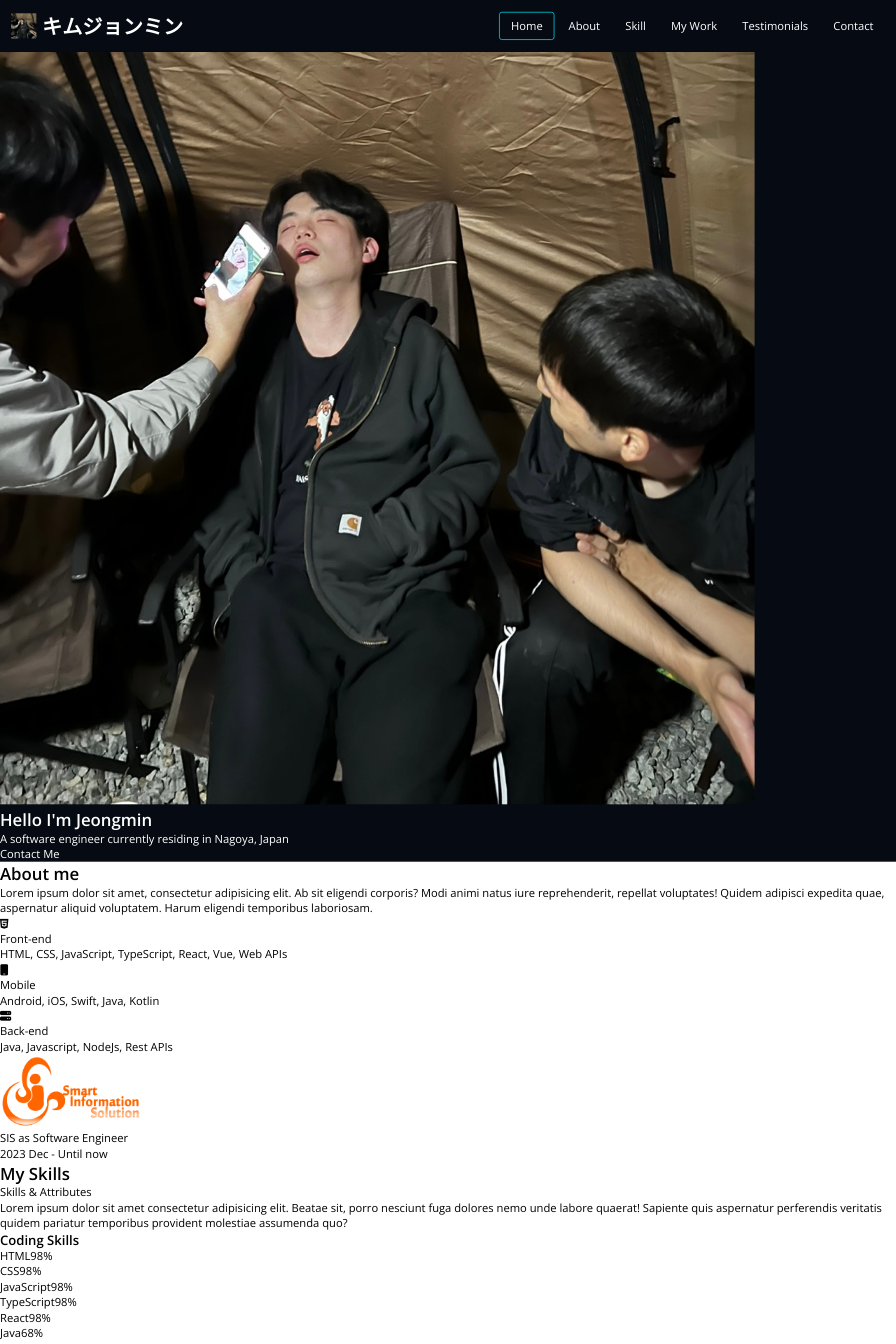
Repository: N1C0N1C0/Portfolio
Page: index.html
These files come from the project's save history. The page is drawn as it stood at one moment and after a run of saves; the edit follows.
The browser window is 1280 px wide. The pictures show the part of the page from y = 0 to 1920 px (the page is 5865 px tall before and 6025 px after), at 70% of full size.
Some web libraries are served in a nearby version.

Above is the page before, as saved 2023-12-16 18:32:20.

### index.html
<!DOCTYPE html>
<html lang="jp">
<head>
    <meta charset="UTF-8">
    <meta name="viewport" content="width=device-width, initial-scale=1.0">
    <!-- SEO -->
    <title>My&#39s Portfolio</title>
    <meta
        name="description"
        content="Portfolio for job change"
    />
    <meta
        name="author" content="KimJeongmin"
    />
    <link rel="shortcut icon" href="images/favicon.ico" type="image/x-icon">
    <!-- OG(OPEN Graph Data) -->
    <meta property="og:title" content="Portfolio"/>
    <meta property="og:type" content="website"/>
    <meta property="og:url" content="URL generated after deployment"/>
    <meta property="og:image" content="Image URL created after deployment"/>
    <!-- Google Fonts -->
    <link rel="preconnect" href="https://fonts.googleapis.com">
    <link rel="preconnect" href="https://fonts.gstatic.com" crossorigin>
    <link href="https://fonts.googleapis.com/css2?family=Noto+Sans+JP:wght@300;400;500&family=Open+Sans:wght@400;600&display=swap" rel="stylesheet">
    <!-- Font Awesome -->
    <script src="https://kit.fontawesome.com/04742e9fab.js" crossorigin="anonymous"></script>
    <!-- CSS -->
    <link rel="stylesheet" href="css/style.css">
    <!-- Javascript -->
    <script src="src/main.js" defer></script>
</head>
<body>
    <!-- Header -->
    <header class="header">
        <div class="header__logo">
            <img class="header__logo__img" src="images/favicon.ico" alt="logo" />
            <h1 class="header__logo__title"><a href="#">キムジョンミン</a></h1>
        </div>
        <nav>
            <ul class="header__menu">
                <li><a class="header__menu__item active" href="#home">Home</a></li>
                <li><a class="header__menu__item" href="#about">About</a></li>
                <li><a class="header__menu__item" href="#skills">Skill</a></li>
                <li><a class="header__menu__item" href="#work">My Work</a></li>
                <li><a class="header__menu__item" href="#testimonials">Testimonials</a></li>
                <li><a class="header__menu__item" href="#contact">Contact</a></li>
            </ul>
        </nav>
    </header>
    <!-- Main -->
    <main>
        <!-- Home -->
        <section id="home">
            <img class="home__avatar" src="images/profile.JPG" alt="profile">
            <h2 class="home__title">Hello I&#39;m Jeongmin</h2>
            <p class="home__description">A software engineer currently residing in Nagoya, Japan</p>
            <a class="home__contact" href="#contact">Contact Me</a>
        </section>
        <!-- About -->
        <section id="about">
            <h2>About me</h2>
            <p>
                Lorem ipsum dolor sit amet, consectetur adipisicing elit. Ab sit eligendi corporis? Modi animi natus iure reprehenderit, repellat voluptates! Quidem adipisci expedita quae, aspernatur aliquid voluptatem. Harum eligendi temporibus laboriosam.
            </p>
            <ul>
                <li>
                    <i class="fa-brands fa-html5"></i>
                    <p>Front-end</p>
                    <p>HTML, CSS, JavaScript, TypeScript, React, Vue, Web APIs</p>
                </li>
                <li>
                    <i class="fa-solid fa-mobile"></i>
                    <p>Mobile</p>
                    <p>Android, iOS, Swift, Java, Kotlin</p>
                </li>
                <li>
                    <i class="fa-solid fa-server"></i>
                    <p>Back-end</p>
                    <p>Java, Javascript, NodeJs, Rest APIs</p>
                </li>
            </ul>
            <ul>
                <li>
                    <img src="images/sis_image.png" alt="株式 SIS">
                    <div>
                        <p>SIS as Software Engineer</p>
                        <p>2023 Dec - Until now</p>
                    </div>
                </li>
            </ul>
        </section>
        <!-- Skills -->
        <section id="skills">
            <h2>My Skills</h2>
            <p>Skills & Attributes</p>
            <p>
                Lorem ipsum dolor sit amet consectetur adipisicing elit. Beatae sit, porro nesciunt fuga dolores nemo unde labore quaerat! Sapiente quis aspernatur perferendis veritatis quidem     pariatur temporibus provident molestiae assumenda quo?
            </p>
            <div>
                <section>
                    <h3>Coding Skills</h3>
                    <ul>
                        <li>
                            <div><span>HTML</span><span>98%</span></div>
                            <div><div style="width: 98%"></div></div>
                        </li>
                        <li>
                            <div><span>CSS</span><span>98%</span></div>
                            <div><div style="width: 98%"></div></div>
                        </li>
                        <li>
                            <div><span>JavaScript</span><span>98%</span></div>
                            <div><div style="width: 98%"></div></div>
                        </li>
                        <li>
                            <div><span>TypeScript</span><span>98%</span></div>
                            <div><div style="width: 98%"></div></div>
                        </li>
                        <li>
                            <div><span>React</span><span>98%</span></div>
                            <div><div style="width: 98%"></div></div>
                        </li>
                        <li>
                            <div><span>Java</span><span>68%</span></div>
                            <div><div style="width: 68%"></div></div>
                        </li>
                    </ul>
                </section>
                <section>
                    <h3>Tools</h3>
                    <ul>
                        <li>Visual Studio Code</li>
                        <li>IntelliJ</li>
                        <li>Eclipse</li>
                        <li>SpringToolSuite4</li>
                    </ul>
                </section>
                <section>
                    <h3>Etc</h3>
                    <ul>
                        <li>Git</li>
                        <li>Post Man</li>
                        <li>Math</li>
                    </ul>
                </section>
            </div>
        </section>
        <!-- Work -->
        <section id="work">
            <h2>My work</h2>
            <p>Projects</p>
            <ul>
                <li><button>All <span>8</span></button></li>
                <li><button>Front-end <span>3</span></button></li>
                <li><button>back-end <span>3</span></button></li>
                <li><button>Mobile <span>2</span></button></li>
            </ul>
            <ul>
                <li><a href="#" target="_blank">
                    <img src="images/ncs_image.gif" alt="profile1">
                    <div>
                        <h3>Project #1</h3>
                        <p>Clone Coding with HTML, CSS</p>
                    </div>
                </a></li>
                <li><a href="#" target="_blank">
                    <img src="images/ncs_image.gif" alt="profile2">
                    <div>
                        <h3>Project #2</h3>
                        <p>Clone Coding with HTML, CSS</p>
                    </div>
                </a></li>
                <li><a href="#" target="_blank">
                    <img src="images/ncs_image.gif" alt="profile3">
                    <div>
                        <h3>Project #3</h3>
                        <p>Clone Coding with HTML, CSS</p>
                    </div>
                </a></li>
                <li><a href="#" target="_blank">
                    <img src="images/ncs_image.gif" alt="profile4">
                    <div>
                        <h3>Project #4</h3>
                        <p>Clone Coding with HTML, CSS</p>
                    </div>
                </a></li>
                <li><a href="#" target="_blank">
                    <img src="images/ncs_image.gif" alt="profile5">
                    <div>
                        <h3>Project #5</h3>
                        <p>Clone Coding with HTML, CSS</p>
                    </div>
                </a></li>
                <li><a href="#" target="_blank">
                    <img src="images/ncs_image.gif" alt="profile6">
                    <div>
                        <h3>Project #6</h3>
                        <p>Clone Coding with HTML, CSS</p>
                    </div>
                </a></li>
                <li><a href="#" target="_blank">
                    <img src="images/ncs_image.gif" alt="profile7">
                    <div>
                        <h3>Project #7</h3>
                        <p>Clone Coding with HTML, CSS</p>
                    </div>
                </a></li>
                <li><a href="#" target="_blank">
                    <img src="images/ncs_image.gif" alt="profile8">
                    <div>
                        <h3>Project #8</h3>
                        <p>Clone Coding with HTML, CSS</p>
                    </div>
                </a></li>
            </ul>
        </section>
        <!-- Testimonials -->
        <section id="testimonials">
            <h2>Testimonial</h2>
            <p>See what they say about me</p>
            <ul>
                <li>
                    <img src="images/favicon.ico" alt="">
                    <div>
                        <p>Lorem ipsum dolor sit amet, consectetur adipisicing elit. Nesciunt modi iusto veniam commodi reiciendis ullam optio, delectus cum pariatur ea magnam accusamus dolor sequi praesentium aliquid laudantium non quae eligendi.</p>
                        <p><a href="#">James Kim</a> / Google</p>
                    </div>
                </li>
                <li>
                    <img src="images/favicon.ico" alt="">
                    <div>
                        <p>Lorem ipsum dolor sit amet, consectetur adipisicing elit. Nesciunt modi iusto veniam commodi reiciendis ullam optio, delectus cum pariatur ea magnam accusamus dolor sequi praesentium aliquid laudantium non quae eligendi.</p>
                        <p><a href="#">James Kim</a> / Google</p>
                    </div>
                </li>
                <li>
                    <img src="images/favicon.ico" alt="">
                    <div>
                        <p>Lorem ipsum dolor sit amet, consectetur adipisicing elit. Nesciunt modi iusto veniam commodi reiciendis ullam optio, delectus cum pariatur ea magnam accusamus dolor sequi praesentium aliquid laudantium non quae eligendi.</p>
                        <p><a href="#">James Kim</a> / Google</p>
                    </div>
                </li>
            </ul>
        </section>
        <!-- Arrow up -->
        <aside>
            <a href="#home" title="back to top">
                <i class="fa-solid fa-arrow-up"></i>
            </a>
        </aside>
    </main>
    <!-- Footer -->
    <footer id="contact">
        <h2>Let&#39;s talk</h2>
        <p>dothd8775@gmail.com</p>
        <ul>
            <li>
                <a href="https//github.com/" target="_blank" title="my github link">
                    <i class="fa-brands fa-github"></i>
                </a>
            </li>
            <li>
                <a href="https//github.com/" target="_blank" title="my kinkedin link">
                    <i class="fa-brands fa-linkedin"></i>
                </a>
            </li>
        </ul>
        <p>©️kimujeongmin</p>
    </footer>
</body>
</html>

### css/style.css
/* Global */
:root {
    /* App Colors */
    --color-primary: var(--color-black);
    --color-primary-variant: var(--color-gray);
    --color-accent: var(--color-blue);
    --color-accent-variant: var(--color-orange);
    --color-text: var(--color-white);

    /* Colors */
    --color-white : #ffffff;
    --color-black : #050a13;
    --color-blue : #03e8f9;
    --color-orange : #fd6413;
    --color-gray : #1b1e26;
}

* {
    box-sizing: border-box;
}

body {
    font-family: 'Open Sans', sans-serif;
    margin: 0;
}

h1, h2, h3, p, ul {
    margin: 0;
}

ul {
    list-style: none;
    padding: 0;
}

a {
    text-decoration: none;
    color: var(--color-text);
}

button {
    background-color: transparent;
    outline: 0;
    border: 0;
}

button:focus {
    outline: 1px solid var(--color-accent);
}

/* Header */
.header {
    background-color: var(--color-black);
    position: fixed;
    top: 0;
    width: 100%;
    padding: 1rem;
    display: flex;
    justify-content: space-between;
    align-items: center;
}

.header__logo {
    display: flex;
    align-items: center;
    gap: 8px;
}

.header__logo__img {
    width: 36px;
    height: 36px;
}

.header__logo__title {
    font-size: 1.8rem;
}

.header__menu {
    display: flex;
    gap: 4px;
}

.header__menu__item {
    padding: 8px 16px;
}

.header__menu__item:hover {
    border-bottom: 1px solid var(--color-accent);
}

.header__menu__item.active {
    border: 1px solid var(--color-accent);
    border-radius: 4px;
}

/* Home */
#home {
    background-color: var(--color-primary);
    color: var(--color-text);
}

Loaded but not shown: src/main.js (no copy from this time; the picture is the same without it)

After the next 2 saves:
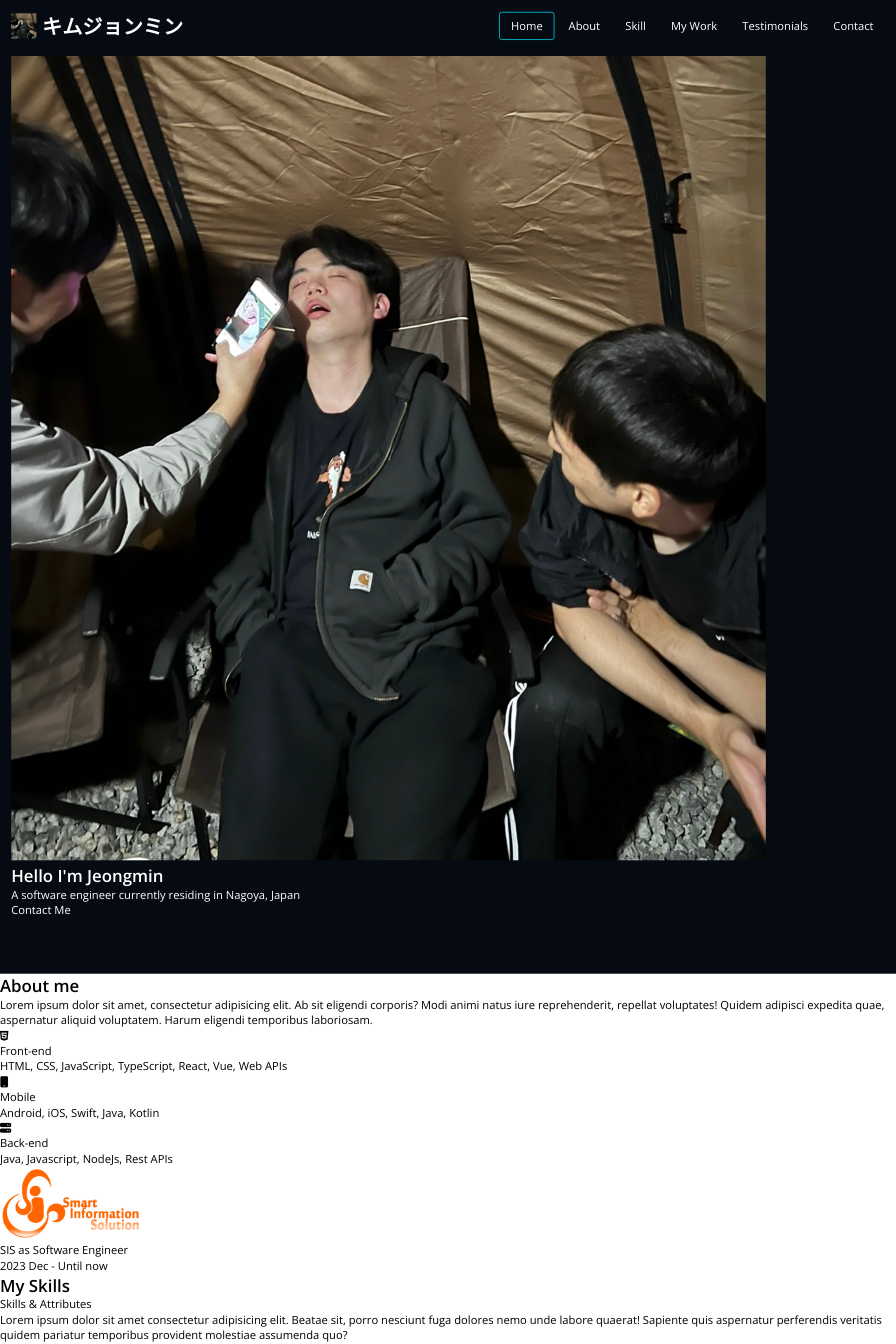
The 2 saves are shown as one change because they came seconds apart.
The last was saved 13 s later.
--- a/css/style.css
+++ b/css/style.css
@@ -97,4 +97,5 @@ button:focus {
 #home {
     background-color: var(--color-primary);
     color: var(--color-text);
+    padding: 5rem 1rem;
 }
